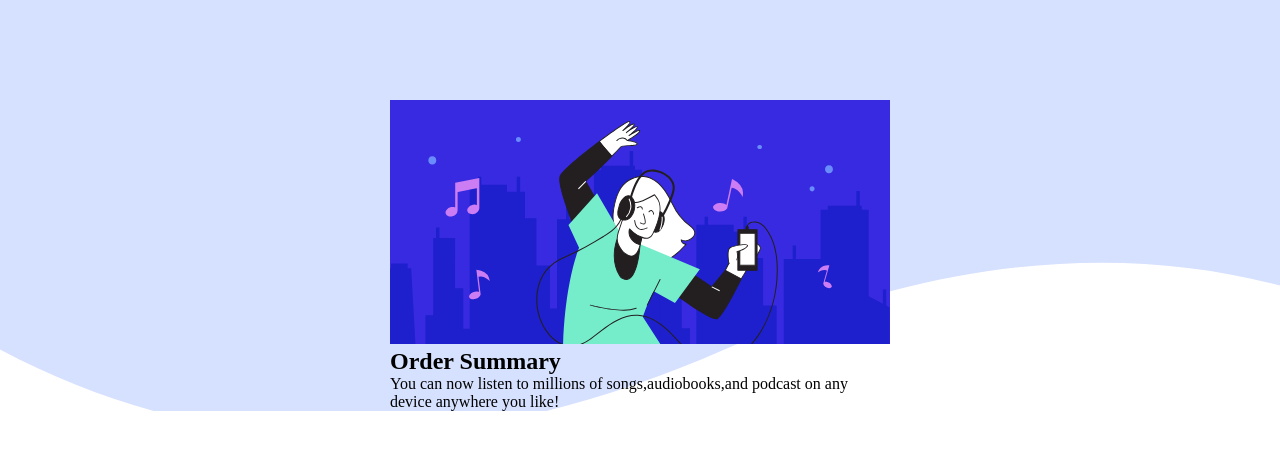
Repository: Eugene44-hub/newbie-project
Page: index.html
An editor plug-in stored every save of this project. The page is shown before and after a run of saves, followed by the edit.
The browser window is 1280 px wide. The pictures show the whole page.

Above is the page before, as saved 2021-08-29 02:21:07.

After the next 2 saves:
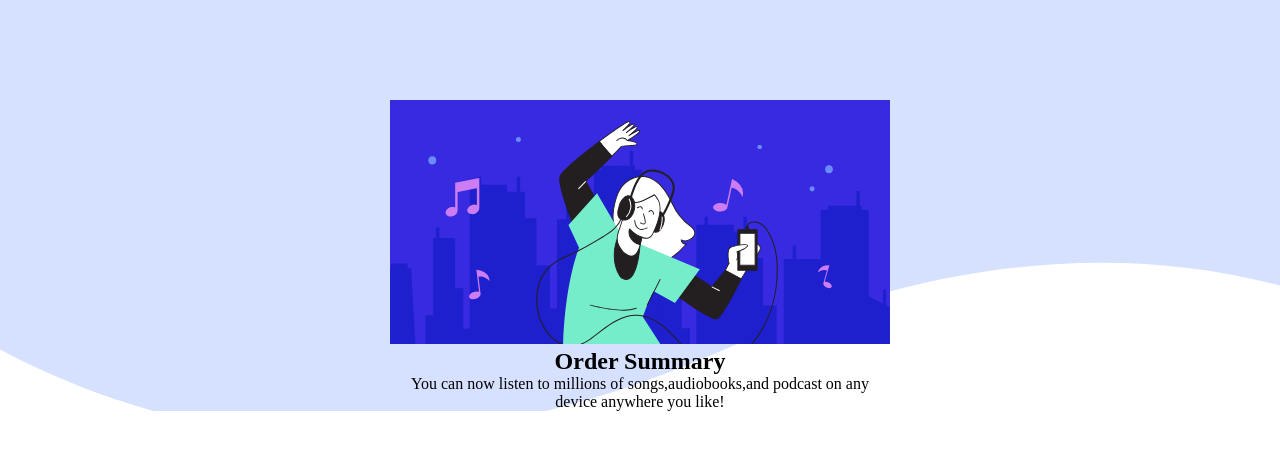
The 2 saves are shown as one change because they came seconds apart.
The last was saved 7 s later.
--- a/style.css
+++ b/style.css
@@ -24,4 +24,6 @@ img {
     max-width: 500px;
 }
 
-.content
+.content {
+    text-align: center;
+}
